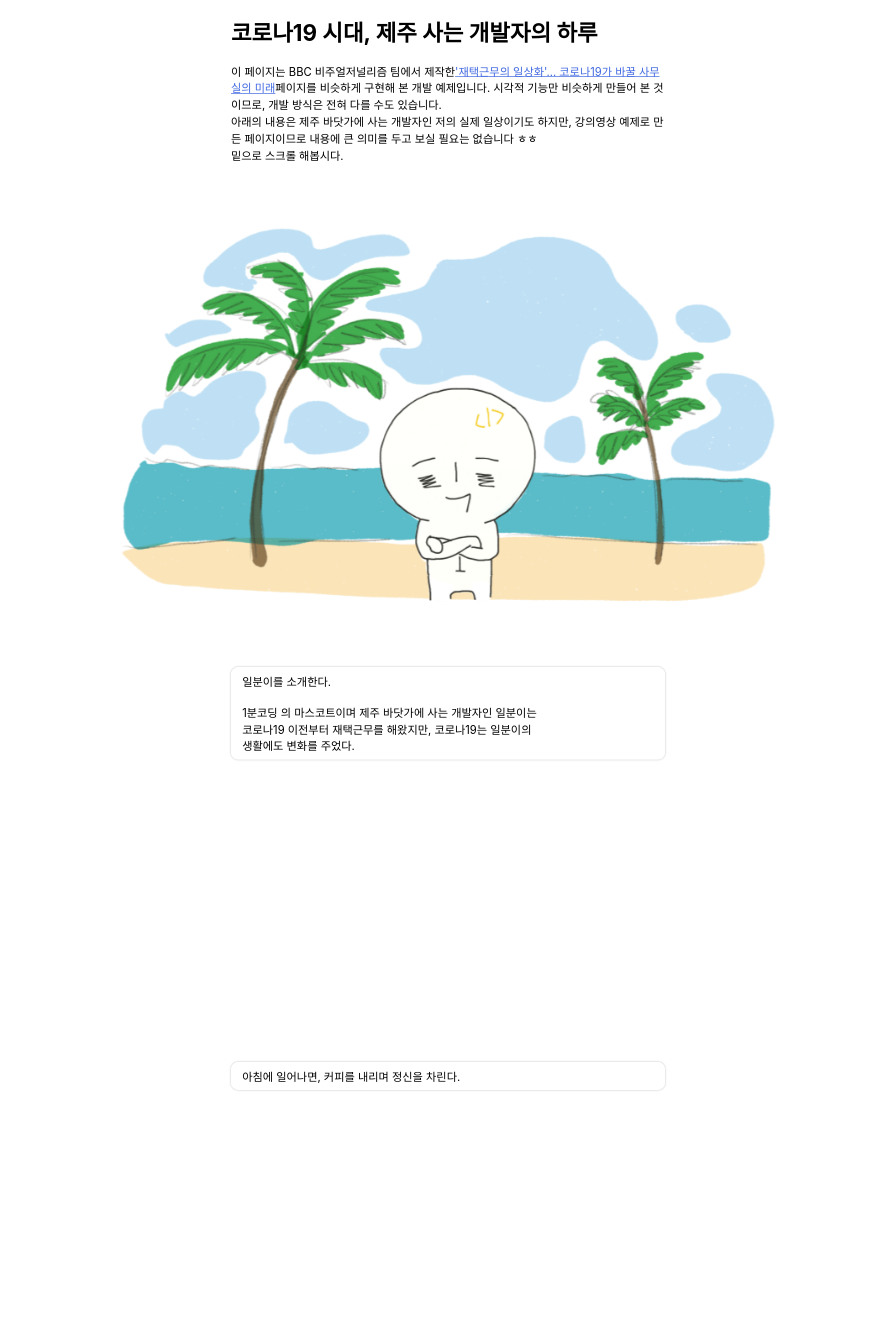
Repository: westone034626/ReactPractice
Page: /
These files come from the project's save history. The page is drawn as it stood at one moment and after the next save; the edit follows.
The browser window is 1280 px wide. The pictures show the part of the page from y = 0 to 1920 px (the page is 6550 px tall), at 70% of full size.
The project was rebuilt for these pictures with package versions that can differ from the ones it lists, and the page was loaded fresh each time. Also part of the build but not shown: src/App.css.

Above is the page before, as saved 2021-11-01 00:38:44.

### src/App.js
import './App.css';
import styles from './App.module.css';
import { useRef, useEffect, useState } from 'react';
import _ from 'lodash';

function App() {
  const [focusIndex, setFocusIndex] = useState(0);
  const stepItemListRef = useRef(null);
  const graphicItems = [
    { imageFileName: '00.png' },
    { imageFileName: '01.png' },
    { imageFileName: '02.png' },
    { imageFileName: 'bird.gif' },
    { imageFileName: '03.png' },
    { imageFileName: '04.png' },
    { imageFileName: '05.png' },
    { imageFileName: '06.png' },
    { imageFileName: '07.png' },
    { imageFileName: '08.png' },
  ];
  const stepItems = [
    {
      content: `일분이를 소개한다.

    1분코딩 의 마스코트이며 제주 바닷가에 사는 개발자인 일분이는
    코로나19 이전부터 재택근무를 해왔지만, 코로나19는 일분이의
    생활에도 변화를 주었다.
    `,
    },
    { content: `아침에 일어나면, 커피를 내리며 정신을 차린다.` },
    {
      content: `사회적 거리두기를 위해 한적한 바닷길쪽으로 러닝을 한다.
    가끔 만나는 바닷새와 눈인사를 나눈다.`,
    },
    { content: `맞다, 트위터의 걔.` },
    { content: `운동을 마치고 집에 돌아와 작업을 시작한다.` },
    {
      content: `밥은 집에서 먹거나, 테이크아웃이 가능한 메뉴를 골라 탁 트인
              야외에서 먹는다. 물론 사회적 거리두기를 하기 위함이다.`,
    },
    {
      content: `보통 오후 작업은 집 근처의 일하기 좋은 카페에서 해왔지만, 코로나19
    이후에는 집에서 하는 날이 많아졌다.
    `,
    },
    {
      content: `라면 매니아 답게 유튜브로

    라면소녀

  채널을 보며 간식으로 라면을 먹는다.
  `,
    },
    {
      content: `자기 전, 가끔

    요가소년

  채널을 보며 요가를 한다.
  `,
    },
    {
      content: `일과를 마치고
    폰질을 한다 잠자리에
    든다.
    `,
    },
  ];
  useEffect(() => {
    window.addEventListener('scroll', () => {
      // 10개의 stepItem을 스크롤마다 검사하며 window의 특정 영역에 있는지 검사하고 만약 특정 영역 안에 있다면
      // log로 출력
      stepItemListRef.current &&
        _.chain(stepItemListRef.current.children)
          .map((stepItem) => stepItem)
          .forEach((stepItem, idx, array) => {
            if (
              stepItem.getBoundingClientRect().top > window.innerHeight * 0.1 &&
              stepItem.getBoundingClientRect().top < window.innerHeight * 0.8
            )
              console.log('array.indexOf(stepItem): ', array.indexOf(stepItem));
          })
          .value();
    });
  }, []);
  return (
    <div className={styles.body}>
      <div className={styles.header}>
        <div className={styles.globalWidth}>
          <h1 className={styles.pageTitle}>
            코로나19 시대, 제주 사는 개발자의 하루
          </h1>
          <p>
            이 페이지는 BBC 비주얼저널리즘 팀에서 제작한
            <a
              href="https://www.bbc.com/korean/resources/idt-48d3c9a7-4063-4289-9726-611b5ea9d7b5"
              target="_blank"
            >
              '재택근무의 일상화'... 코로나19가 바꿀 사무실의 미래
            </a>
            페이지를 비슷하게 구현해 본 개발 예제입니다. 시각적 기능만 비슷하게
            만들어 본 것이므로, 개발 방식은 전혀 다를 수도 있습니다.
            <br />
            아래의 내용은 제주 바닷가에 사는 개발자인 저의 실제 일상이기도
            하지만, 강의영상 예제로 만든 페이지이므로 내용에 큰 의미를 두고 보실
            필요는 없습니다 ㅎㅎ
            <br />
            밑으로 스크롤 해봅시다.
          </p>
        </div>
      </div>
      <div className={styles.scrollContent}>
        <div className={styles.scrollGraphic}>
          {graphicItems.map((graphicItem, idx) => (
            <div
              key={idx}
              className={
                focusIndex === idx * 1
                  ? `${styles.graphicItem} ${styles.visible}`
                  : styles.graphicItem
              }
            >
              <img
                className={styles.sceneImg}
                src={`img/${graphicItem.imageFileName}`}
                alt=""
              />
            </div>
          ))}
        </div>
        <div
          ref={stepItemListRef}
          className={`${styles.scrollText} ${styles.globalWidth}`}
        >
          {stepItems.map((stepItem, idx) => (
            <div key={idx} className={styles.step}>
              <p style={{ whiteSpace: 'pre-line' }}>{stepItem.content}</p>
            </div>
          ))}
        </div>
      </div>
      <div className={`${styles.normalContent} ${styles.globalWidth}`}>
        <h2>도시를 떠나는 사람들</h2>
        <p style={{ whiteSpace: 'pre-line' }}>
          {`원격근무 하시는 개발자 디자이너분들, 제주로 오세요. 진짜 좋아요. Lorem
          ipsum dolor sit amet consectetur adipisicing elit. Blanditiis ullam
          culpa ab, laborum repellat ut quae deleniti nostrum sapiente illum!
          `}
        </p>
        <h2>언택트 시대가 온다</h2>
        <p style={{ whiteSpace: 'pre-line' }}>
          {`언택트(Untact)'란 '콘택트(contact: 접촉하다)'에서 부정의 의미인
          '언(un-)을 합성한 말로, 기술의 발전을 통해 비대면으로 이루어지는 활동
          경향을 의미한다. Lorem ipsum dolor sit amet consectetur adipisicing
          elit. Nam provident voluptatum numquam dolorum, quod odio.
          `}
        </p>
        <h2>내일은 어떤 모습일까</h2>
        <p style={{ whiteSpace: 'pre-line' }}>
          {`똑같겠지 다를게 있나 Lorem, ipsum dolor sit amet consectetur
          adipisicing elit. Qui impedit numquam atque quidem quos facere
          obcaecati deleniti labore culpa esse nostrum dicta earum rem ducimus,
          voluptates eligendi voluptate exercitationem dolorem!
          `}
        </p>
      </div>
      <footer className={styles.globalFooter}>
        <a
          href="https://www.youtube.com/channel/UC_s1FC7s5YVwDImzv-WG93Q"
          target="blank"
        >
          1분코딩
        </a>
      </footer>
    </div>
  );
}

export default App;

### src/App.module.css
.body {
  margin: 0;
}

p {
  margin: 0;
}

a {
  color: royalblue;
}

img {
  max-width: 100%;
  height: auto;
}

.globalWidth {
  max-width: 620px;
  margin: 0 auto;
  padding: 0 1rem;
}

.scrollGraphic {
  position: sticky;
  top: 0;
  height: 100vh;
}

.graphicItem {
  position: absolute;
  left: 0;
  top: 0;
  width: 100%;
  height: 100%;
  display: flex;
  justify-content: center;
  align-items: center;
  opacity: 0;
  transition: 0.5s;
}

.visible {
  opacity: 1;
}

.sceneImg {
  max-height: 100%;
}

.scrollText {
  position: relative;
  padding-bottom: 1px;
}

.step {
  margin-bottom: 60vh;
  background-color: rgba(255, 255, 255, 0.8);
  padding: 0.5rem 1rem;
  border-radius: 10px;
  box-shadow: rgba(0, 0, 0, 0.3) 0 0 3px;
}

Loaded but not shown: public/index.html (common file); src/index.js (common file); src/index.css (common file); src/reportWebVitals.js (common file)

After the next save:
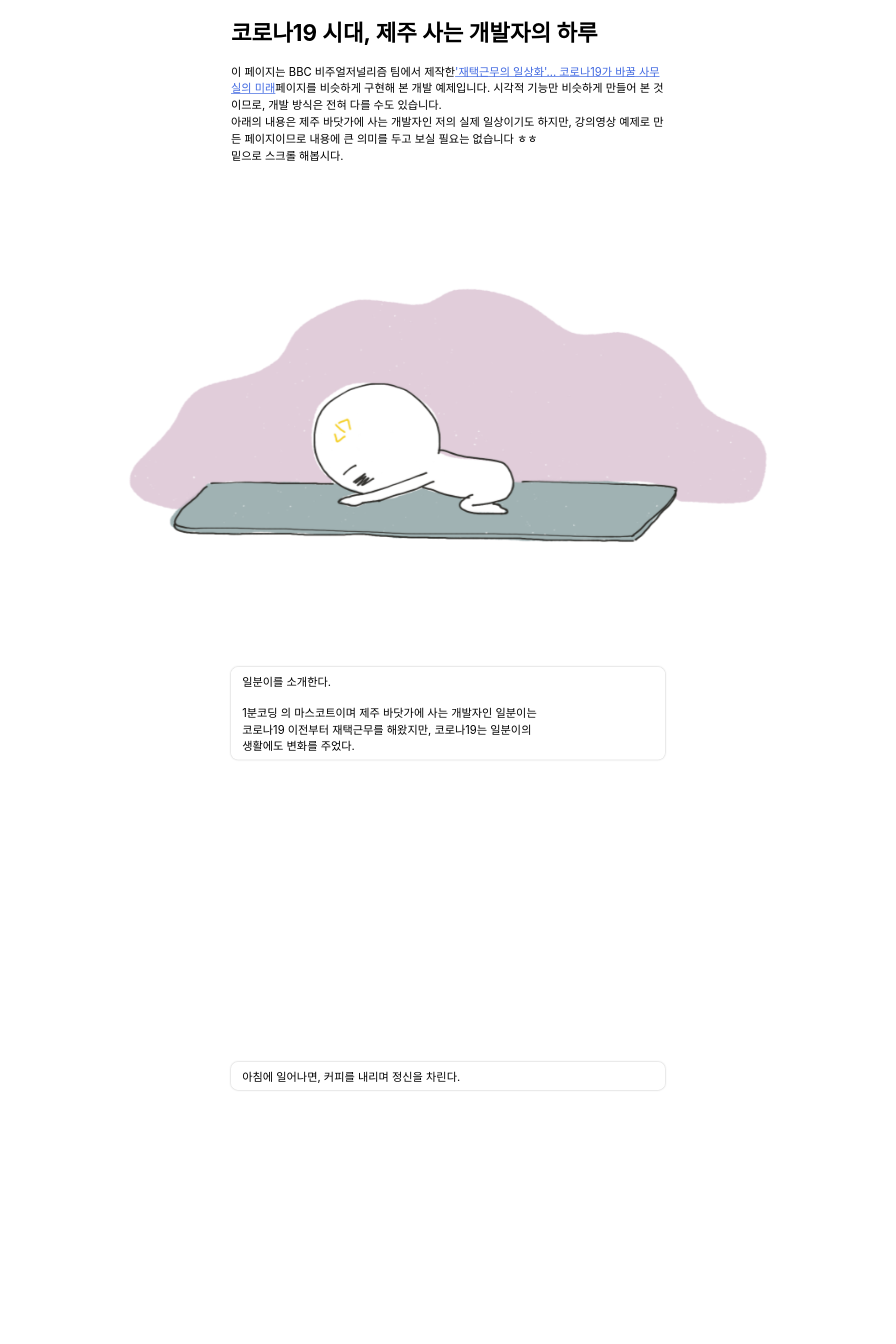
Saved 29 s later.
--- a/src/App.js
+++ b/src/App.js
@@ -73,12 +73,12 @@ function App() {
       stepItemListRef.current &&
         _.chain(stepItemListRef.current.children)
           .map((stepItem) => stepItem)
-          .forEach((stepItem, idx, array) => {
+          .forEach((stepItem, idx) => {
             if (
               stepItem.getBoundingClientRect().top > window.innerHeight * 0.1 &&
               stepItem.getBoundingClientRect().top < window.innerHeight * 0.8
             )
-              console.log('array.indexOf(stepItem): ', array.indexOf(stepItem));
+              setFocusIndex(idx);
           })
           .value();
     });
